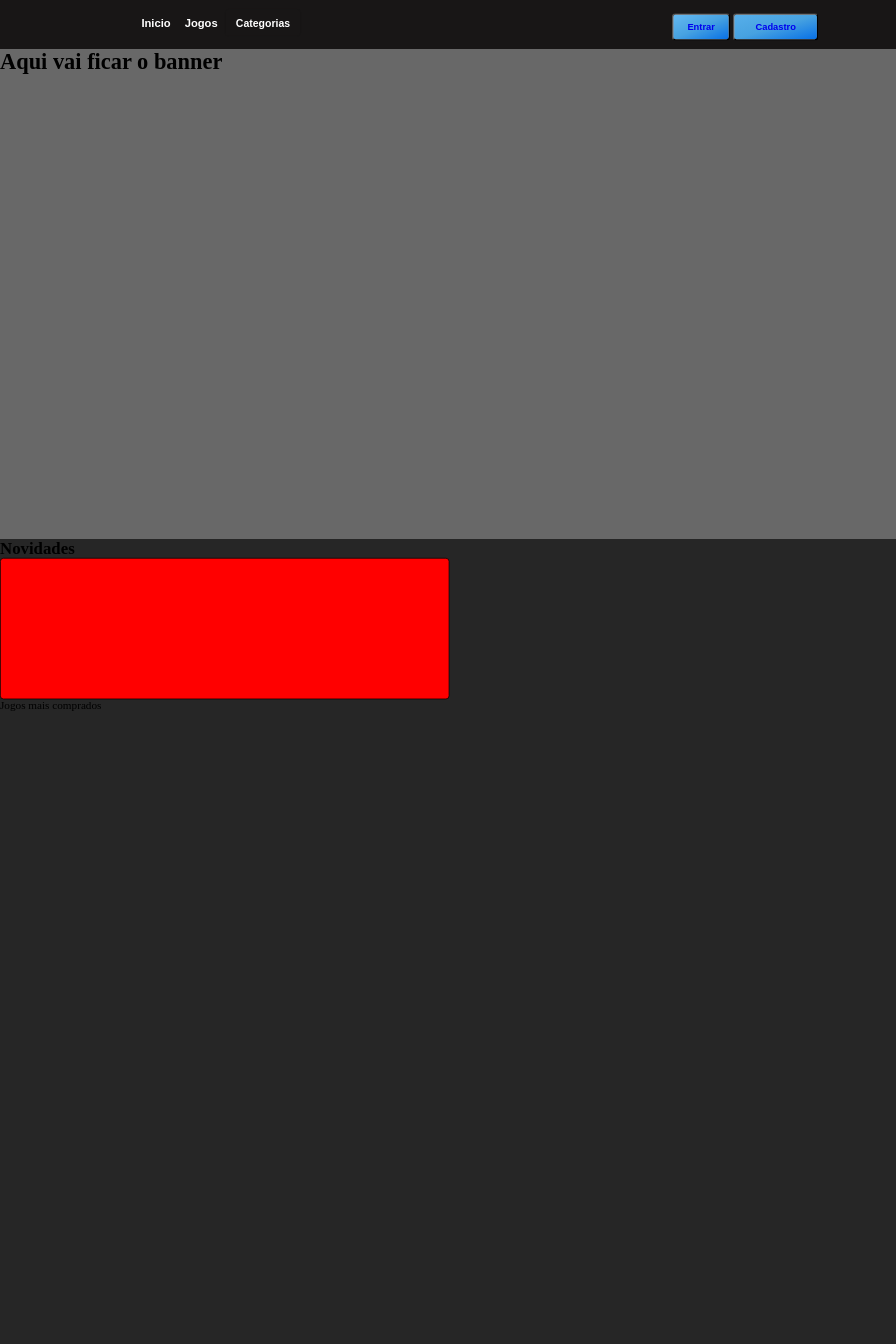
Repository: MarcoantonioCaldeira/Projeto-Go-Gamming
Page: /
An editor plug-in stored every save of this project. The page is shown before and after the next save, followed by the edit.
The browser window is 1280 px wide. The pictures show the part of the page from y = 0 to 1920 px (the page is 3570 px tall), at 70% of full size.
The project was rebuilt for these pictures with package versions that can differ from the ones it lists, and the page was loaded fresh each time. Also part of the build but not shown: src/pages/Jogos/Jogos.js, src/pages/Categorias/Acao.js, src/pages/Categorias/Aventura.js, src/pages/Categorias/Arcades.js, src/pages/Categorias/Familia.js, src/pages/Categorias/Independentes.js, src/pages/Categorias/Jogos_RPG.js, src/pages/Categorias/Gratuitos.js and 4 more.

Above is the page before, as saved 2023-02-13 18:16:03.

### src/App.js
import ReactDOM from "react-dom/client";
import "./fonts/Poppins.ttf";
import { BrowserRouter, Routes, Route } from "react-router-dom";

import Menu from "./pages/Menu/Menu";
import Inicio from "./pages/Inicio/Inicio";

//Categorias
import Jogos from "./pages/Jogos/Jogos";
import Acao from "./pages/Categorias/Acao";
import Aventura from "./pages/Categorias/Aventura";
import Arcades from "./pages/Categorias/Arcades";
import Familia from "./pages/Categorias/Familia";
import Independentes from "./pages/Categorias/Independentes";
import Jogos_RPG from "./pages/Categorias/Jogos_RPG";
import Gratuitos from "./pages/Categorias/Gratuitos";
import Terror from "./pages/Categorias/Terror";
import Suspence from "./pages/Categorias/Suspence";


import Login from "./pages/Login/Login";
import Cadastro from "./pages/Cadastro/Cadastro";

function App() {
  return (
   <BrowserRouter>
    <Routes>
      <Route path="/" element={<Menu />}>
          <Route index element={<Inicio />} />
          <Route path="jogos" element={< Jogos />} />
            <Route path="Acao" element={<Acao />} />
            <Route path="Aventura" element={<Aventura />} />
            <Route path="Arcades" element={<Arcades />} />
            <Route path="Familia" element={<Familia />} />
            <Route path="Independentes" element={<Independentes />} />
            <Route path="Jogos_RPG" element={<Jogos_RPG />} />
            <Route path="Gratuitos" element={<Gratuitos />} />
            <Route path="Terror" element={<Terror />} />
            <Route path="Suspence" element={<Suspence />} />
          <Route path="Login" element={<Login />} />
          <Route path="Cadastro" element={<Cadastro />} />
        </Route>
    </Routes>
   </BrowserRouter>
  );
}

const root = ReactDOM.createRoot(document.getElementById('root'))
root.render(<App />);

export default App;

### src/pages/Menu/Menu.js
import { Outlet, Link } from "react-router-dom";
import './estilo.css';


const Menu = () => {
  return (
      <>
        <nav id="nav_bar">
          <ul id="menu">
            <li>
              <Link to="/">Inicio</Link>
            </li>
            <li>
              <Link to="/Jogos">Jogos</Link>
            </li>
            <div class="dropdown" >
              <button class="dropbtn">Categorias</button>
                  <div class="dropdown-content">
                    <a><Link to="./Acao">Ação</Link></a>
                    <a><Link to="./Aventura">Aventura</Link></a>
                    <a><Link to="./Arcades">Arcades</Link></a>
                    <a><Link to="./Familia">Familia</Link></a>
                    <a><Link to="./Independentes">Independetes</Link></a>
                    <a><Link to="./Jogos_RPG">Jogos_RPG</Link></a>
                    <a><Link to="./Gratuitos">Gratuitos</Link></a>
                    <a><Link to="./Terror">Torror</Link></a>
                    <a><Link to="./Suspence">Suspence</Link></a>
                  </div>
            </div>
          </ul>
          <div id="area_cliente">
            <button class="area_cliente_login"><Link to="./Login">Entrar</Link></button>
            <button class="area_cliente_cadastro"><Link to="./Cadastro">Cadastro</Link></button>
          </div>
        </nav>
        <Outlet />
      </>
  )
};

export default Menu;

### src/pages/Inicio/Inicio.js
import "./estilo.css"
import  Rodape from  "../rodape/rodape"


const Inicio = () => {

    return(
        <div>

            <div id="Local_Img">
                <h1>Aqui vai ficar o banner</h1>
            </div>
            <div id="Corpo_Site">
                <h2>Novidades</h2>
                <div id="Area_Novidades">

                </div>

                Jogos mais comprados
                <div id="Area_Mais_Comprados">

                </div>


                {/* Melhores franquias
                <div Area>

                </div> */}
            </div>
            <Rodape />
        </div>
    )
}

export default Inicio;

### src/pages/Menu/estilo.css

*{
    text-decoration: none;
    margin: 0;
    padding: 0;
}

#nav_bar{
    width: 100%;
    height: 70px;
    background-color: #181616;
}

#menu{
    width:20%;
    height: 70px;
    margin-left: 15%;
    /* background-color: red; */
    list-style:none;
}

#nav_bar li{
    position:relative;
    float:left;
}

#nav_bar li a{
    text-decoration:none;
    padding:5px 10px;
    margin-top: 30%;
    display:block;
    color: white;
    font-weight: 700;
    font-family: 'Montserrat', sans-serif;
}



/* DropDown Button */

.dropdown {
    position: relative;
    display: inline-block;
}


.dropbtn{
    position: relative;
    background-color: #181616;
    padding: 10px 15px;
    font-size: 15px;
    margin-top: 12%;
    font-family: 'Montserrat', sans-serif;
    font-weight: 700;
    border: 1px solid;
    border-radius: 5px;
    border-color: #181616;
    color: white;
}


.dropdown-content {
    display: none;
    position: absolute;
    background-color: #222121;
    font-size: 80%;
    font-weight: 700;
    font-family: 'Montserrat', sans-serif;
    min-width: 80px;
    box-shadow: 0px 8px 16px 0px rgba(0,0,0,0.2);
    z-index: 1;
  }

  .dropdown-content a {
    color: white;
    padding: 12px 16px;
    text-decoration: none;
    display: block;
  }

  .dropdown-content a:hover {background-color: #2b2a2a}

  .dropdown:hover .dropdown-content {
    display: block;
  }

  /* Area do Cliente */

  #area_cliente{
    position: relative;
    width: 20%;
    margin-left: 75%;
    margin-top: -6%;
    height: 70px;
    text-decoration: none;
  }

  .area_cliente_login{
    padding: 10px 20px;
    font-weight: 700;
    border-radius: 5px;
    color: white;
    background-image:  linear-gradient(to bottom right,#64b9f2, #47A2E0, #0770E7);
    font-family: 'Montserrat', sans-serif;
    border-color: none;
  }

  .area_cliente_cadastro{
    margin-top: 10%;
    padding: 10px 30px;
    font-weight: 700;
    margin-left: 4px;
    color: white;
    border-radius: 5px;
    background-image:  linear-gradient(to bottom right,#57afea,#47A2E0, #0770E7);
    font-family: 'Montserrat', sans-serif;
    border-color: none;
  }

### src/pages/Inicio/estilo.css

#Local_Img{
    background-color: rgb(104, 104, 104);
    width: 100%;
    height: 700px;
}

#Corpo_Site{
    width: 100%;
    background-color: #262626;
    height: 2500px;
}

#RodapeSite{
    width: 100%;
    height: 300px;
    background-color: #181616;
}

/* Estilizando as categorias */

#Area_Novidades{
    width: 50%;
    height: 200px;
    border-radius: 5px;
    border: 1px solid;
    background-color: red;
}

### src/pages/rodape/rodape.js


const rodape = () => {

    return(
        <div id="RodapeSite">
            <h2>Aqui é o rodape</h2>
        </div>
    )
}

export default rodape;

Loaded but not shown: public/index.html (common file); src/index.js (common file); src/reportWebVitals.js (common file)

After the next save:
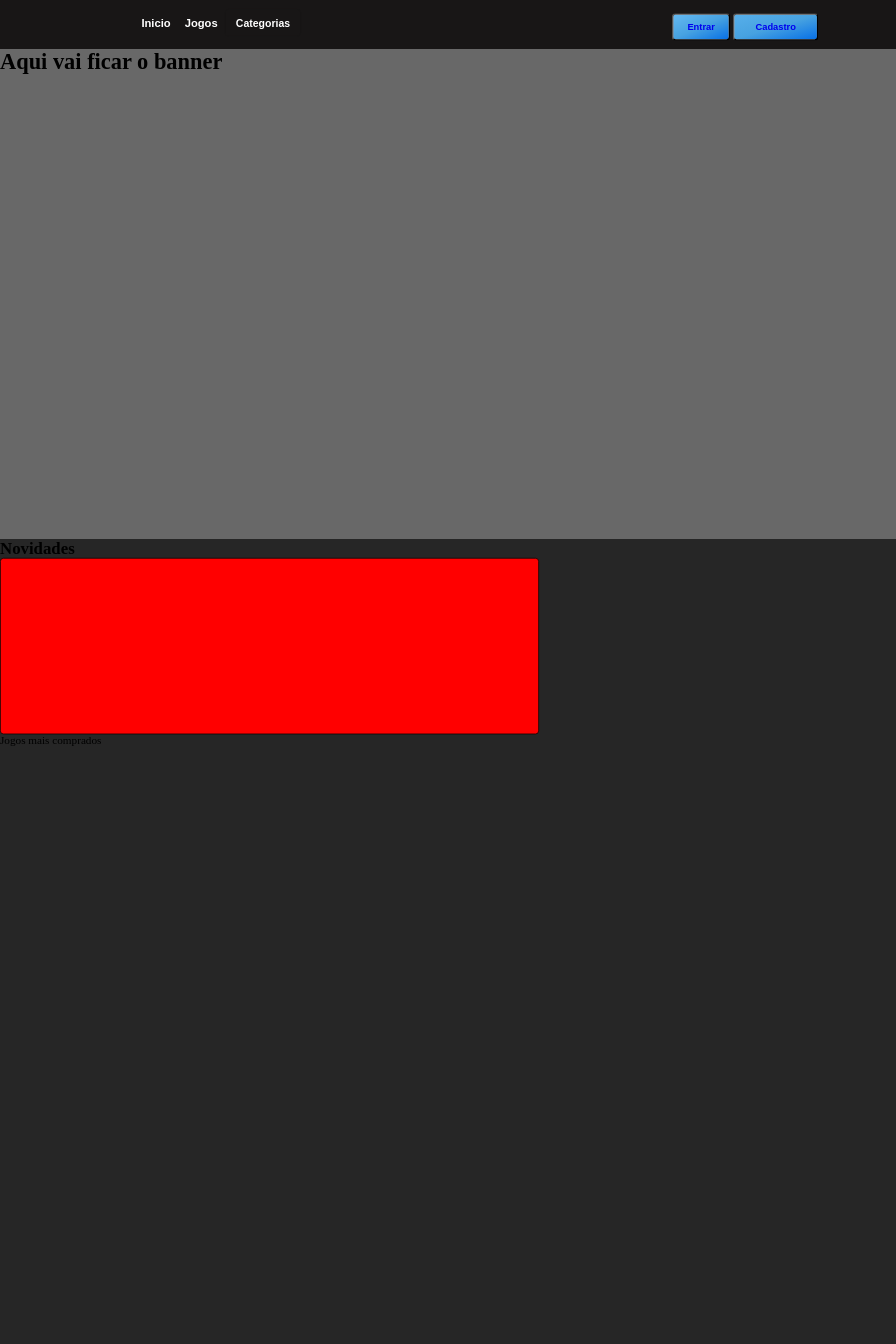
Saved 7 s later.
--- a/src/pages/Inicio/estilo.css
+++ b/src/pages/Inicio/estilo.css
@@ -20,8 +20,8 @@
 /* Estilizando as categorias */
 
 #Area_Novidades{
-    width: 50%;
-    height: 200px;
+    width: 60%;
+    height: 250px;
     border-radius: 5px;
     border: 1px solid;
     background-color: red;
